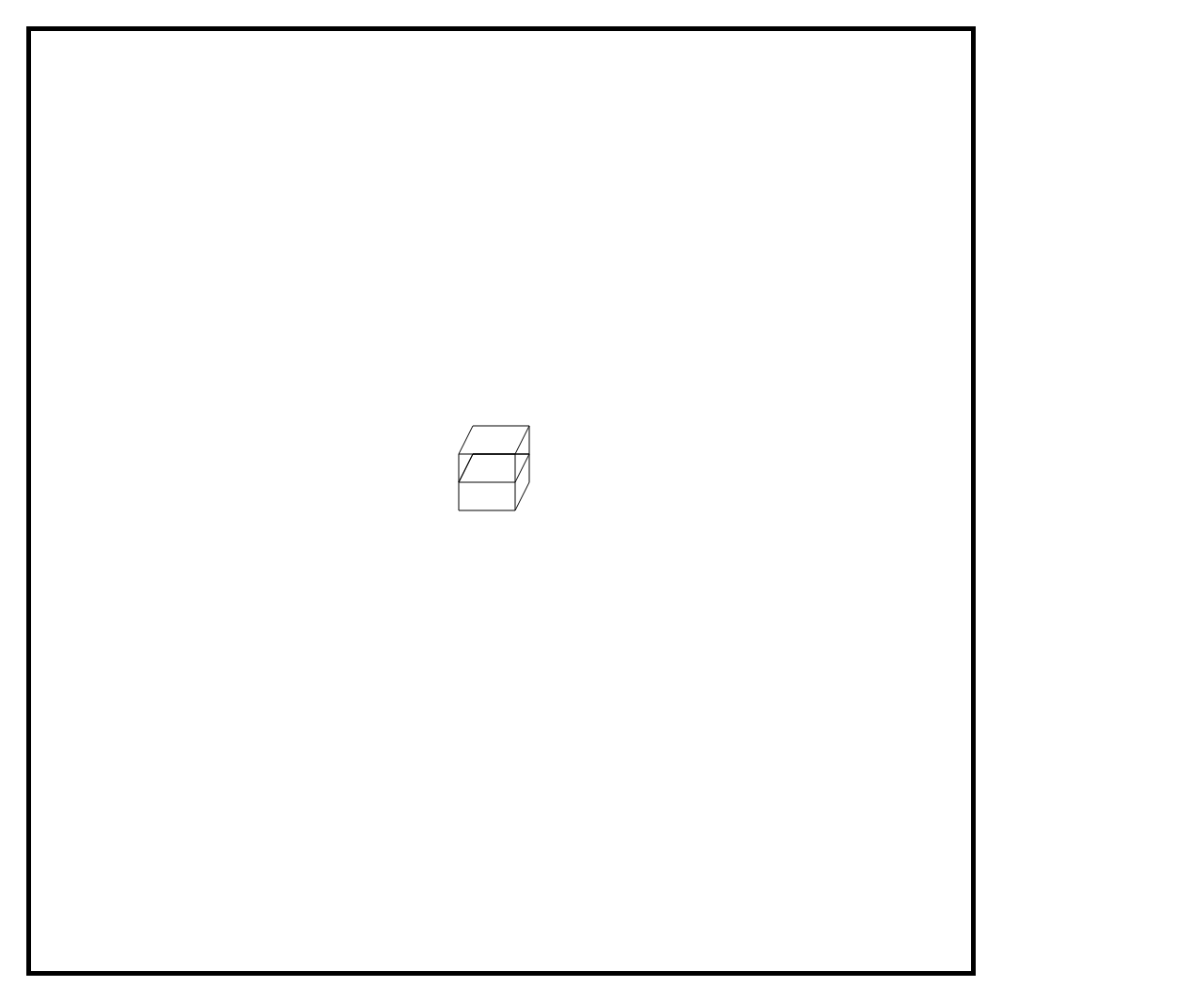
Repository: ejrtn/springbootMaven
Page: deoksu/src/main/resources/static/space.html
An editor plug-in stored every save of this project. The page is shown before and after the next save, followed by the edit.
The browser window is 1280 px wide. The pictures show the whole page, at 94% of full size.

Above is the page before, as saved 2021-04-10 01:12:44.

After the next save:
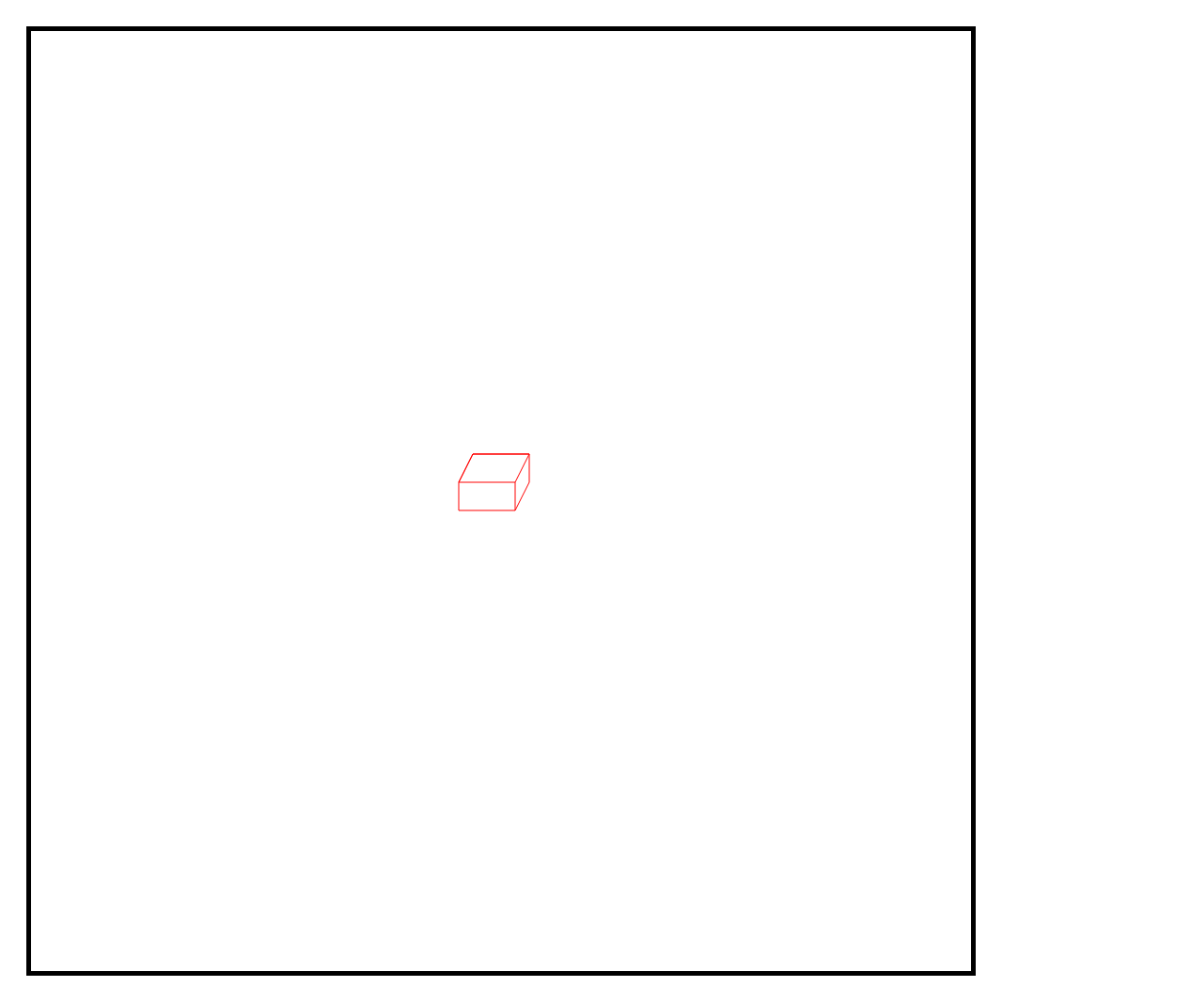
Saved 23 s later.
--- a/deoksu/src/main/resources/static/space.html
+++ b/deoksu/src/main/resources/static/space.html
@@ -94,14 +94,14 @@
 			}
 			i+=3
 		}
-		for(i=0;i<36;i++){
-			if(!(i==8 || i==20)){
-				ctx.moveTo(c[i], c[i+1]-30);
-				ctx.lineTo(c[i+2], c[i+3]-30);
-				ctx.strokeStyle="black"
-			}
-			i+=3
-		}
+// 		for(i=0;i<36;i++){
+// 			if(!(i==8 || i==20)){
+// 				ctx.moveTo(c[i], c[i+1]-30);
+// 				ctx.lineTo(c[i+2], c[i+3]-30);
+// 				ctx.strokeStyle="black"
+// 			}
+// 			i+=3
+// 		}
 	}
 
 	var canvas = document.getElementById("canvas");

After the save that followed:
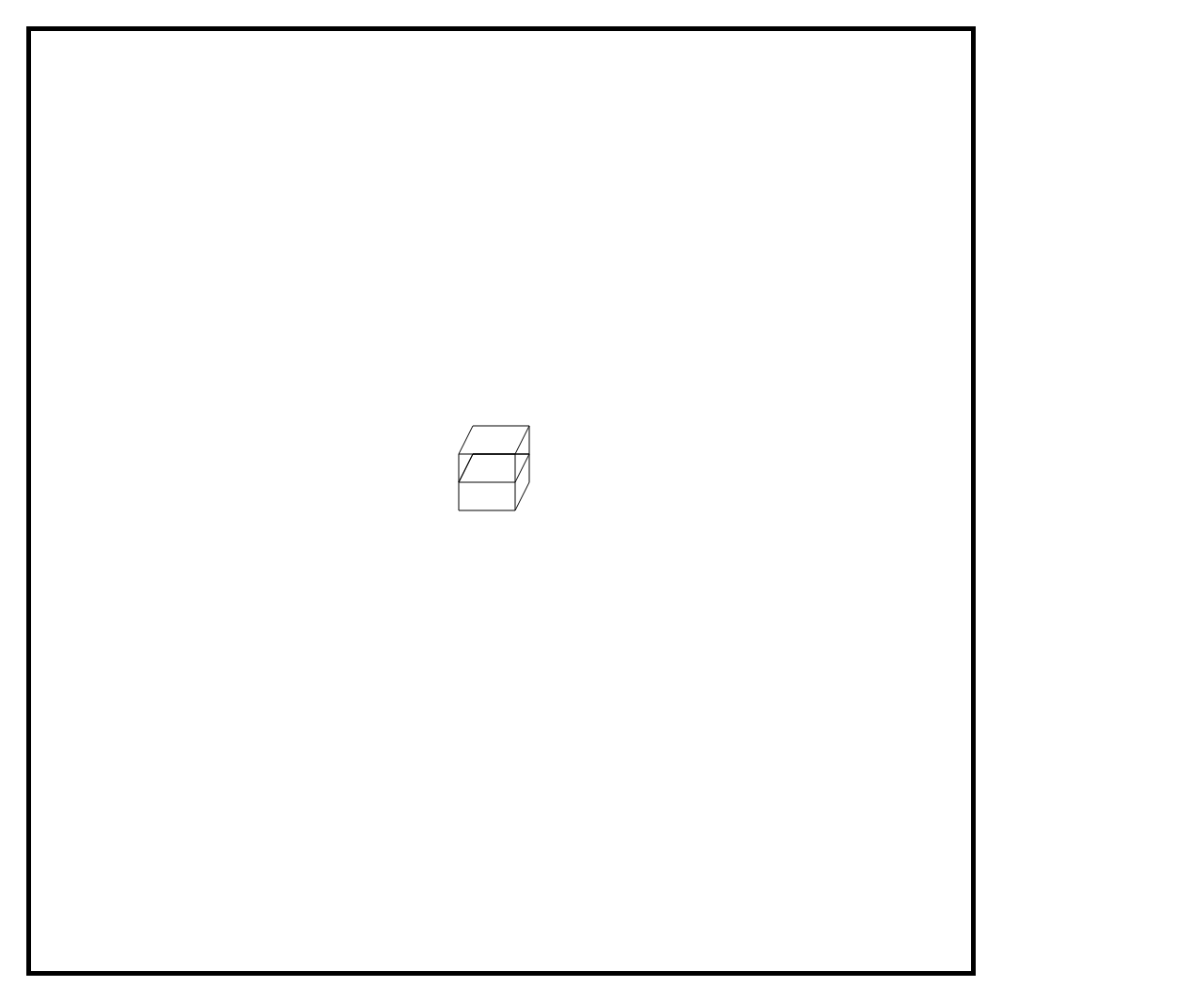
Saved 9 s later.
--- a/deoksu/src/main/resources/static/space.html
+++ b/deoksu/src/main/resources/static/space.html
@@ -94,14 +94,14 @@
 			}
 			i+=3
 		}
-// 		for(i=0;i<36;i++){
-// 			if(!(i==8 || i==20)){
-// 				ctx.moveTo(c[i], c[i+1]-30);
-// 				ctx.lineTo(c[i+2], c[i+3]-30);
-// 				ctx.strokeStyle="black"
-// 			}
-// 			i+=3
-// 		}
+		for(i=0;i<36;i++){
+			if(!(i==8 || i==20)){
+				ctx.moveTo(c[i], c[i+1]-30);
+				ctx.lineTo(c[i+2], c[i+3]-30);
+				ctx.strokeStyle="black"
+			}
+			i+=3
+		}
 	}
 
 	var canvas = document.getElementById("canvas");
